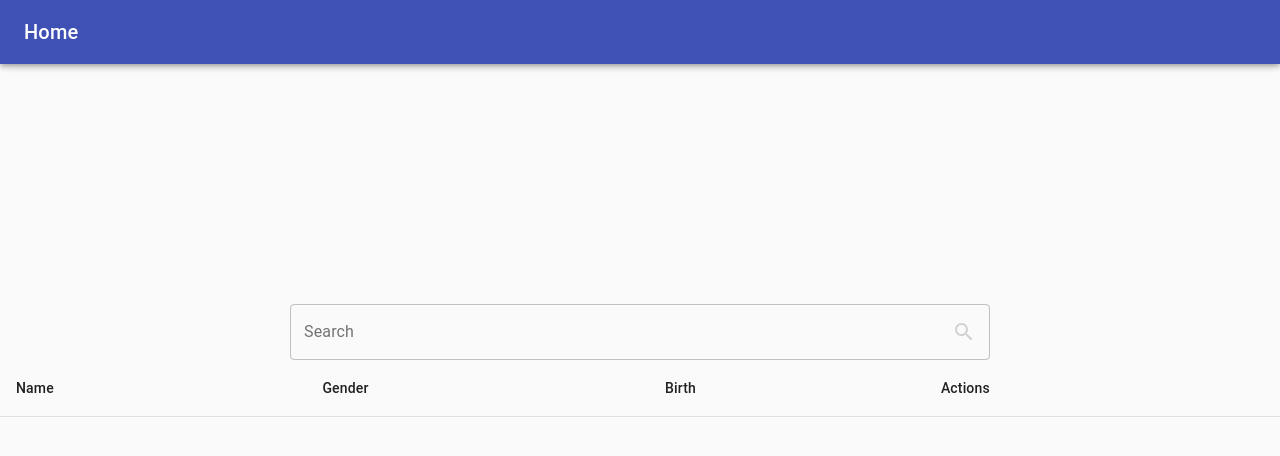
Repository: GabrielBrandaoProjetos/patient-manager
Page: /
An editor plug-in stored every save of this project. The page is shown before and after the next save, followed by the edit.
The browser window is 1280 px wide. The pictures show the whole page.
The project was rebuilt for these pictures with package versions that can differ from the ones it lists, and the page was loaded fresh each time.

Above is the page before, as saved 2021-09-14 12:42:52.

After the next save:
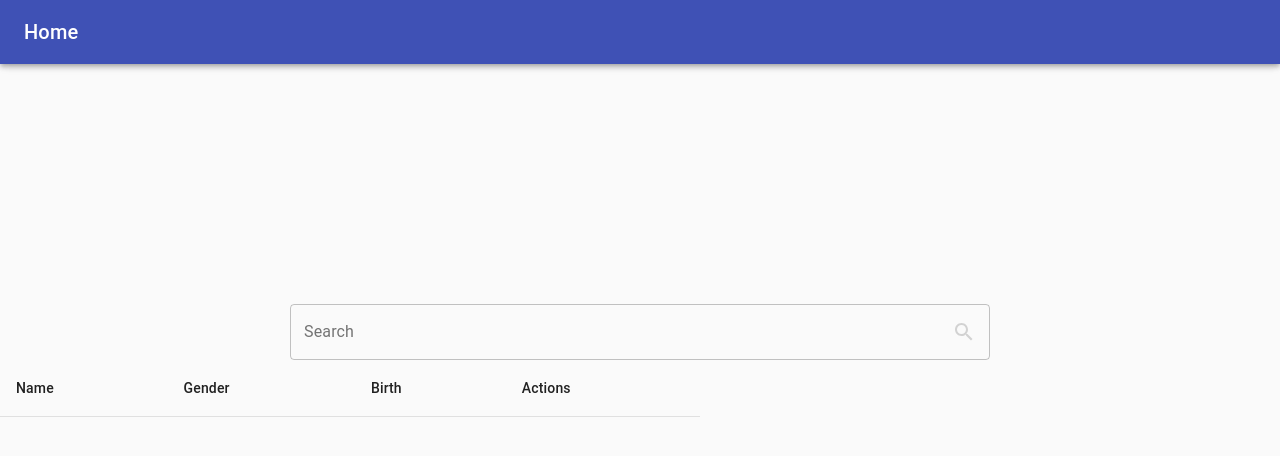
Saved 49 s later.
--- a/src/pages/Home/Home.tsx
+++ b/src/pages/Home/Home.tsx
@@ -27,7 +27,8 @@ const useStyles = makeStyles((theme: Theme) =>
       color: "#d2d2d2",
     },
     table: {
-
+      maxWidth: 700,
+      width: "100%",
     },
   }),
 );
